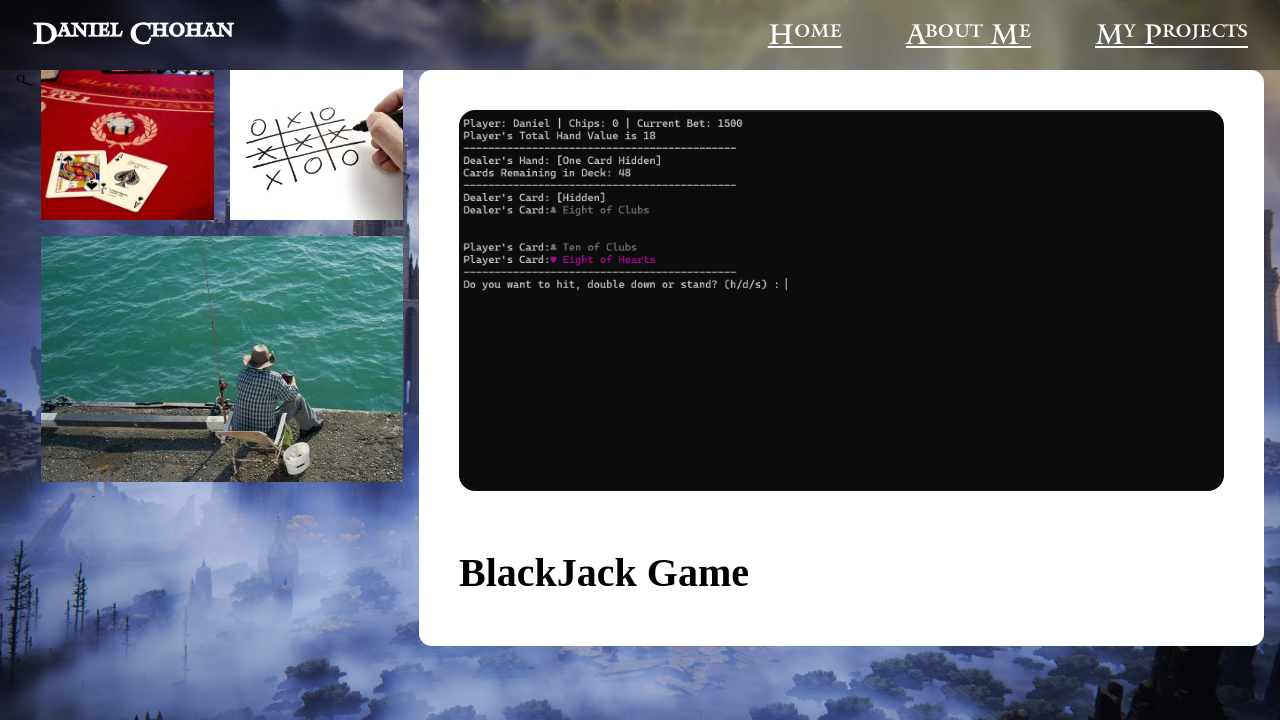
Repository: danielchohan/danielchohan
Page: pages/projects.html
The author's editor kept a copy of each file at every save. The page is drawn from the files as they stood at one save, then again after the next save.
The browser window is 1280 px wide. The pictures show the whole page.

Above is the page before, as saved 2026-05-08 19:15:02.

After the next save:
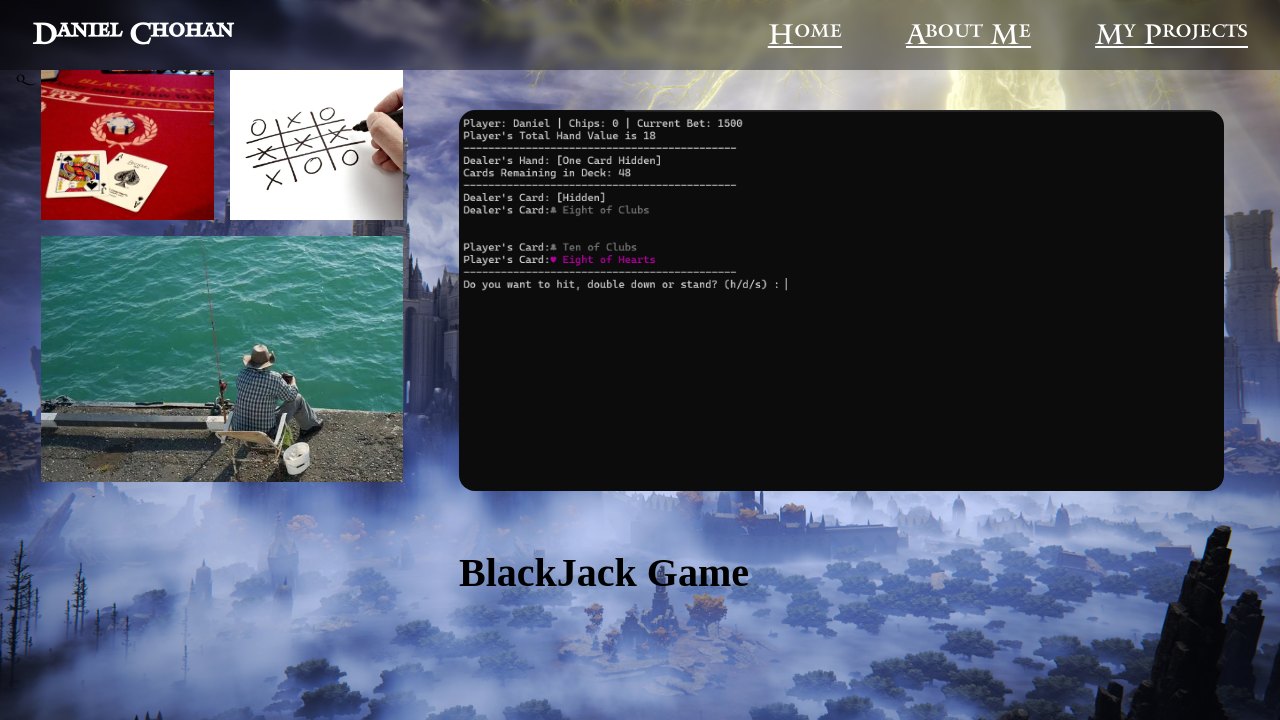
Saved 26 s later.
--- a/styles/projects.css
+++ b/styles/projects.css
@@ -28,7 +28,7 @@
   min-height:60vh;
   border:none;
   border-radius:0.8rem;
-  background:white;
+  background:transparent;
 }
 
 
